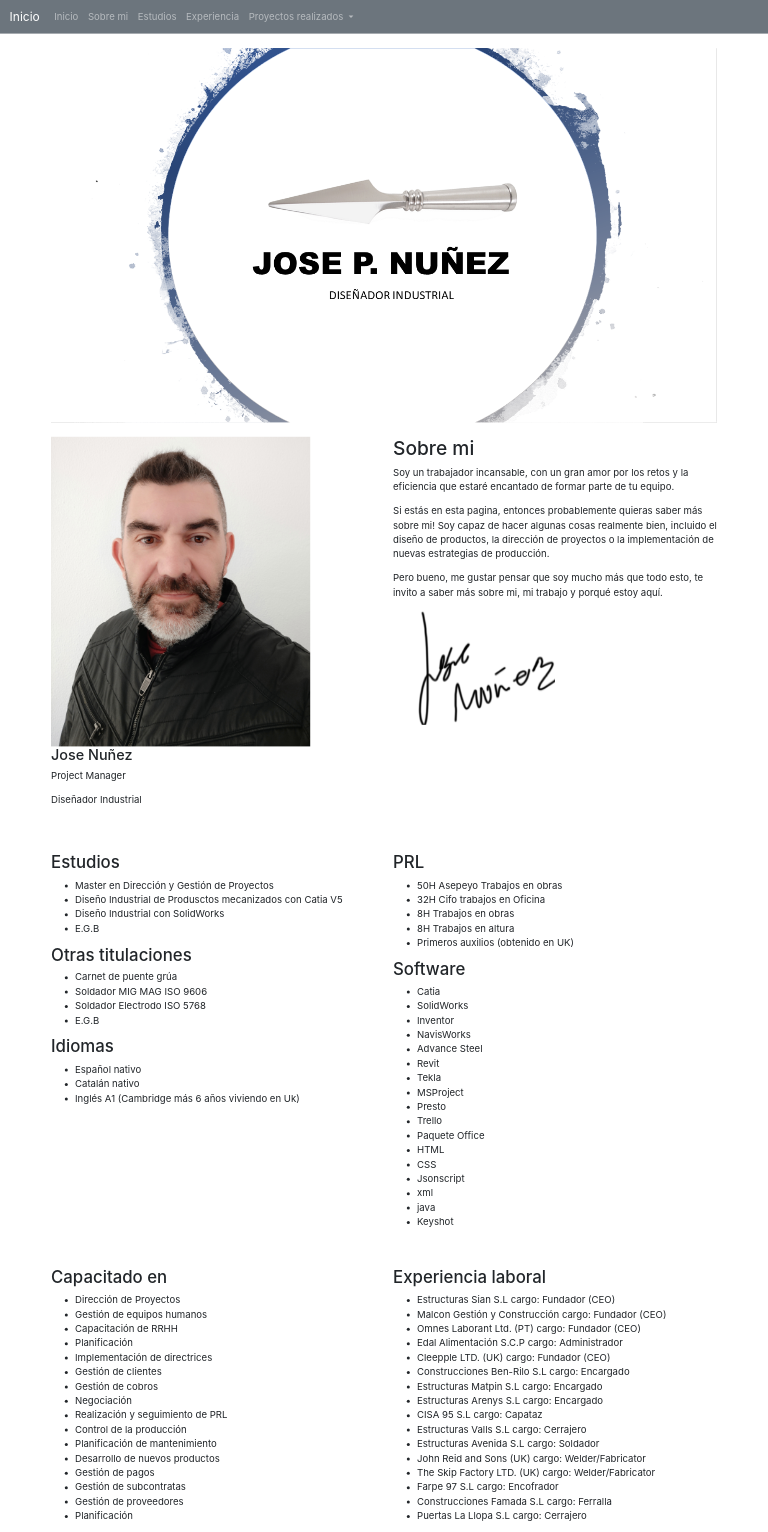
Repository: Hrotgarion1/jose
Page: index.html
The author's editor kept a copy of each file at every save. The page is drawn from the files as they stood at one save, then again after the next save.
The browser window is 1280 px wide. The pictures show the whole page, at 60% of full size.

Above is the page before, as saved 2020-09-29 20:33:01.

### index.html
<!DOCTYPE html>
<html lang="en">
<head>
    <meta charset="UTF-8">
    <meta name="viewport" content="width=device-width, user-scalable=no, initial-scale=1.0, maximum-scale=1.0, minimum-scale=1.0">
    <title>josenunez.eu</title>
    <meta name="jose p nunez" content="">
    <link rel="stylesheet" href="css/bootstrap.min.css">
    <!-- Favicon -->
    <link rel="shortcut icon" href="img/LogoPuntaDeLanza.png">
</head>
<body>
    <!--Navegador responsive de la web-->
    <nav class="navbar navbar-expand-lg navbar-dark bg-secondary">
        <a class="navbar-brand" href="../jose/index.html">Inicio</a>
        <button class="navbar-toggler" type="button" data-toggle="collapse" data-target="#navbarNavDropdown" aria-controls="navbarNavDropdown" aria-expanded="false" aria-label="Toggle navigation">
          <span class="navbar-toggler-icon"></span>
        </button>

        <div class="collapse navbar-collapse" id="navbarNavDropdown">
          <ul class="navbar-nav">
            <li class="nav-item">
              <a class="nav-link" href="#inicio">Inicio <span class="sr-only">(current)</span></a>
            </li>
            <li class="nav-item">
              <a class="nav-link" href="#sobre">Sobre mi <span class="sr-only">(current)</span></a>
            </li>
            <li class="nav-item">
              <a class="nav-link" href="#cv">Estudios</a>
            </li>
            <li class="nav-item">
              <a class="nav-link" href="#exp">Experiencia</a>
            </li>
            <li class="nav-item dropdown">
              <a class="nav-link dropdown-toggle" href="#" id="navbarDropdownMenuLink" role="button" data-toggle="dropdown" aria-haspopup="true" aria-expanded="false">
                Proyectos realizados
              </a>
              <div class="dropdown-menu" aria-labelledby="navbarDropdownMenuLink">
                <a class="dropdown-item" href="../jose/solid.html">Diseños con SolidWorks</a>
                <a class="dropdown-item" href="../jose/catia.html">Diseños con Catia V5</a>
                <a class="dropdown-item" href="../jose/projects.html">Proyectos realizados</a>
                <a class="dropdown-item" href="../jose/video.html">Videos</a>
              </div>
            </li>
          </ul>
        </div>
      </nav>
      <br>

      <!--Imagen principal-->
      <div class="container">
        <section id="inicio">
          <div class="row">
            <div class="col-xs-12 col-sm-12 col-md-12 col-lg-12">
              <img src="img/LogoPuntaDeLanza.png" width="100%" height="100%">
            </div>
          </div>
        </section>
        <br>

        <!--Seccion en la que me presento-->

        <section class="main row" id="sobre">
          <article class="col-xs-12 col-sm-6 col-md-6 col-lg-6">
              <img src="img/Jose1peque.png" width="80%" height="80%">
              <br>
              <h4 class="t-name">Jose Nuñez</h4>
              <p><span class="t-role">Project Manager</span></p>
              <p><span class="t-role">Diseñador Industrial</span></p>

          </article>
          <br>

         <aside class="col-xs-12 col-sm-6 col-md-6 col-lg-6">
          <h2 class="t1-heading">Sobre mi</h2>
                <p>Soy un trabajador incansable, con un gran amor por los retos y la eficiencia que estaré encantado de formar parte de tu equipo.</p>
                <p>Si estás en esta pagina, entonces probablemente quieras saber más sobre mi! Soy capaz de hacer algunas cosas realmente bien, incluido el diseño de productos, la dirección de proyectos o la implementación de nuevas estrategias de producción.</p>
                <p>Pero bueno, me gustar pensar que soy mucho más que todo esto, te invito a saber más sobre mi, mi trabajo y porqué estoy aquí.</p>
                <img src="img/firmajose.png" width="50%" height="30%"alt="J.Nuñez">
       </aside>
        </section>
        <br><br>

        <!--Seccion en la que pongo unas listas con mis capacidades y mis estudios-->

        <section class="main row" id="cv">

          <article class="col-xs-12 col-sm-6 col-md-6 col-lg-6">
              <h3>Estudios</h3>
              <ul>
                <li>Master en Dirección y Gestión de Proyectos</li>
                <li>Diseño Industrial de Produsctos mecanizados con Catia V5</li>
                <li>Diseño Industrial con SolidWorks</li>
                <li>E.G.B</li>
              </ul>
              <h3>Otras titulaciones</h3>
              <ul>
                <li>Carnet de puente grúa</li>
                <li>Soldador MIG MAG ISO 9606</li>
                <li>Soldador Electrodo ISO 5768</li>
                <li>E.G.B</li>
              </ul>
              <h3>Idiomas</h3>
              <ul>
                <li>Español nativo</li>
                <li>Catalán nativo</li>
                <li>Inglés A1 (Cambridge más 6 años viviendo en Uk)</li>
              </ul>



          </article>
          <br>

         <aside class="col-xs-12 col-sm-6 col-md-6 col-lg-6">
          <h3>PRL</h3>
              <ul>
                <li>50H Asepeyo Trabajos en obras</li>
                <li>32H Cifo trabajos en Oficina</li>
                <li>8H Trabajos en obras</li>
                <li>8H Trabajos en altura</li>
                <li>Primeros auxilios (obtenido en UK)</li>
              </ul>
              <h3>Software</h3>
              <ul>
                <li>Catia</li>
                <li>SolidWorks</li>
                <li>Inventor</li>
                <li>NavisWorks</li>
                <li>Advance Steel</li>
                <li>Revit</li>
                <li>Tekla</li>
                <li>MSProject</li>
                <li>Presto</li>
                <li>Trello</li>
                <li>Paquete Office</li>
                <li>HTML</li>
                <li>CSS</li>
                <li>Jsonscript</li>
                <li>xml</li>
                <li>java</li>
                <li>Keyshot</li>

              </ul>
       </aside>

        </section>
        <br><br>

        <!--Seccion en la que pongo unas listas con mis capacidades y mis estudios-->

        <section class="main row" id="exp">

          <article class="col-xs-12 col-sm-6 col-md-6 col-lg-6">
            <h3>Capacitado en</h3>
            <ul>
              <li>Dirección de Proyectos</li>
              <li>Gestión de equipos humanos</li>
              <li>Capacitación de RRHH</li>
              <li>Planificación</li>
              <li>Implementación de directrices</li>
              <li>Gestión de clientes</li>
              <li>Gestión de cobros</li>
              <li>Negociación</li>
              <li>Realización y seguimiento de PRL</li>
              <li>Control de la producción</li>
              <li>Planificación de mantenimiento</li>
              <li>Desarrollo de nuevos productos</li>
              <li>Gestión de pagos</li>
              <li>Gestión de subcontratas</li>
              <li>Gestión de proveedores</li>
              <li>Planificación</li>
            </ul>

          </article>
          <br>

         <aside class="col-xs-12 col-sm-6 col-md-6 col-lg-6">

              <h3>Experiencia laboral</h3>
              <ul>
                <li>Estructuras Sian S.L cargo: Fundador (CEO)</li>
                <li>Malcon Gestión y Construcción cargo: Fundador (CEO)</li>
                <li>Omnes Laborant Ltd. (PT) cargo: Fundador (CEO)</li>
                <li>Edal Alimentación S.C.P cargo: Administrador</li>
                <li>Cleepple LTD. (UK) cargo: Fundador (CEO)</li>
                <li>Construcciones Ben-Rilo S.L cargo: Encargado</li>
                <li>Estructuras Matpin S.L cargo: Encargado</li>
                <li>Estructuras Arenys S.L cargo: Encargado</li>
                <li>CISA 95 S.L cargo: Capataz</li>
                <li>Estructuras Valls S.L cargo: Cerrajero</li>
                <li>Estructuras Avenida S.L cargo: Soldador</li>
                <li>John Reid and Sons (UK) cargo: Welder/Fabricator</li>
                <li>The Skip Factory LTD. (UK) cargo: Welder/Fabricator</li>
                <li>Farpe 97 S.L cargo: Encofrador</li>
                <li>Construcciones Famada S.L cargo: Ferralla</li>
                <li>Puertas La Llopa S.L cargo: Cerrajero</li>
              </ul>
       </aside>

        </section>



      </div>



    <script src="js/jquery-3.5.1.min.js"></script>
    <script src="js/bootstrap.min.js"></script>



</body>
</html>

Loaded but not shown: css/bootstrap.min.css (library); js/jquery-3.5.1.min.js (library); js/bootstrap.min.js (library)

After the next save:
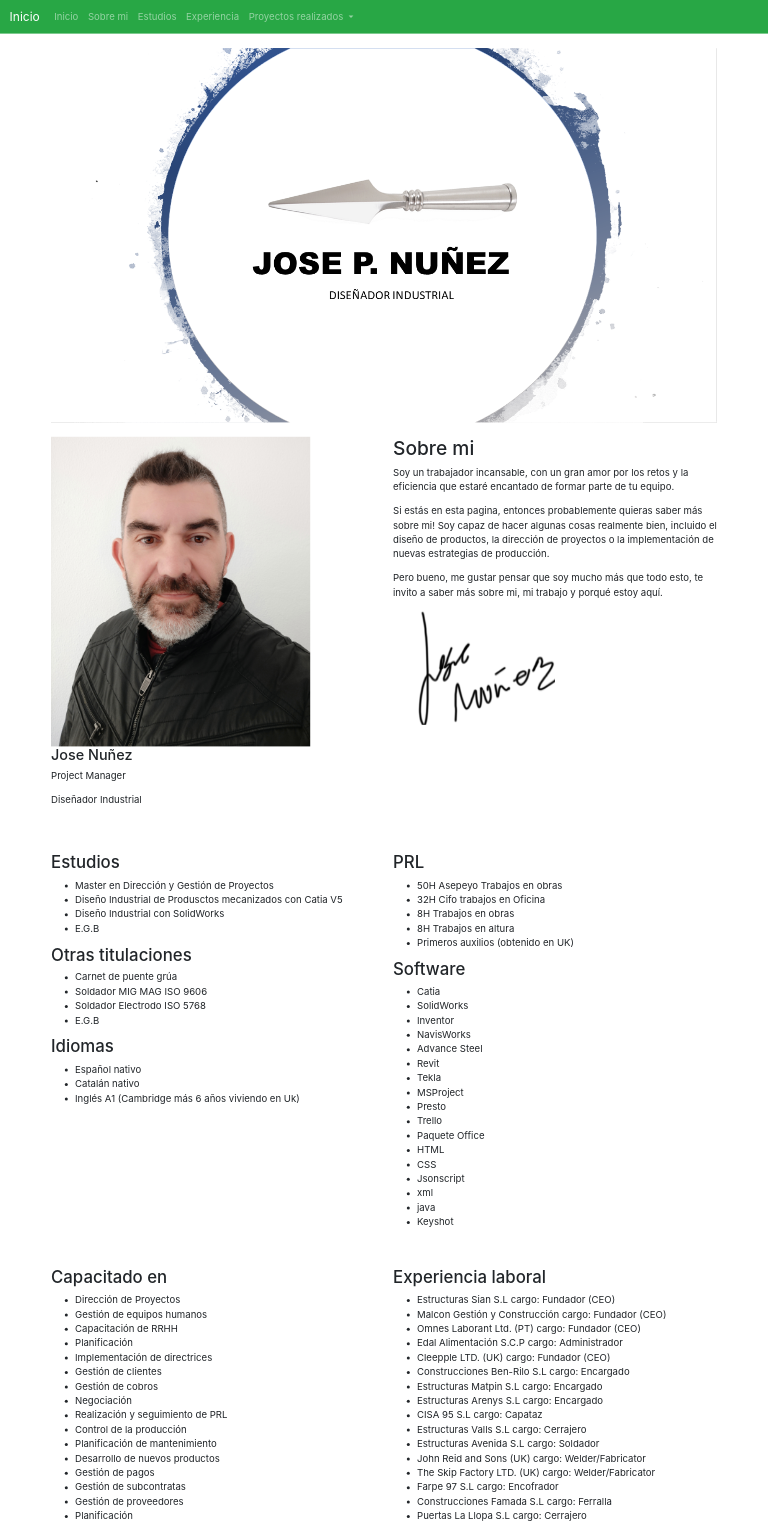
Saved 20 s later.
--- a/index.html
+++ b/index.html
@@ -11,7 +11,7 @@
 </head>
 <body>
     <!--Navegador responsive de la web-->
-    <nav class="navbar navbar-expand-lg navbar-dark bg-secondary">
+    <nav class="navbar navbar-expand-lg navbar-dark bg-success">
         <a class="navbar-brand" href="../jose/index.html">Inicio</a>
         <button class="navbar-toggler" type="button" data-toggle="collapse" data-target="#navbarNavDropdown" aria-controls="navbarNavDropdown" aria-expanded="false" aria-label="Toggle navigation">
           <span class="navbar-toggler-icon"></span>

After the save that followed:
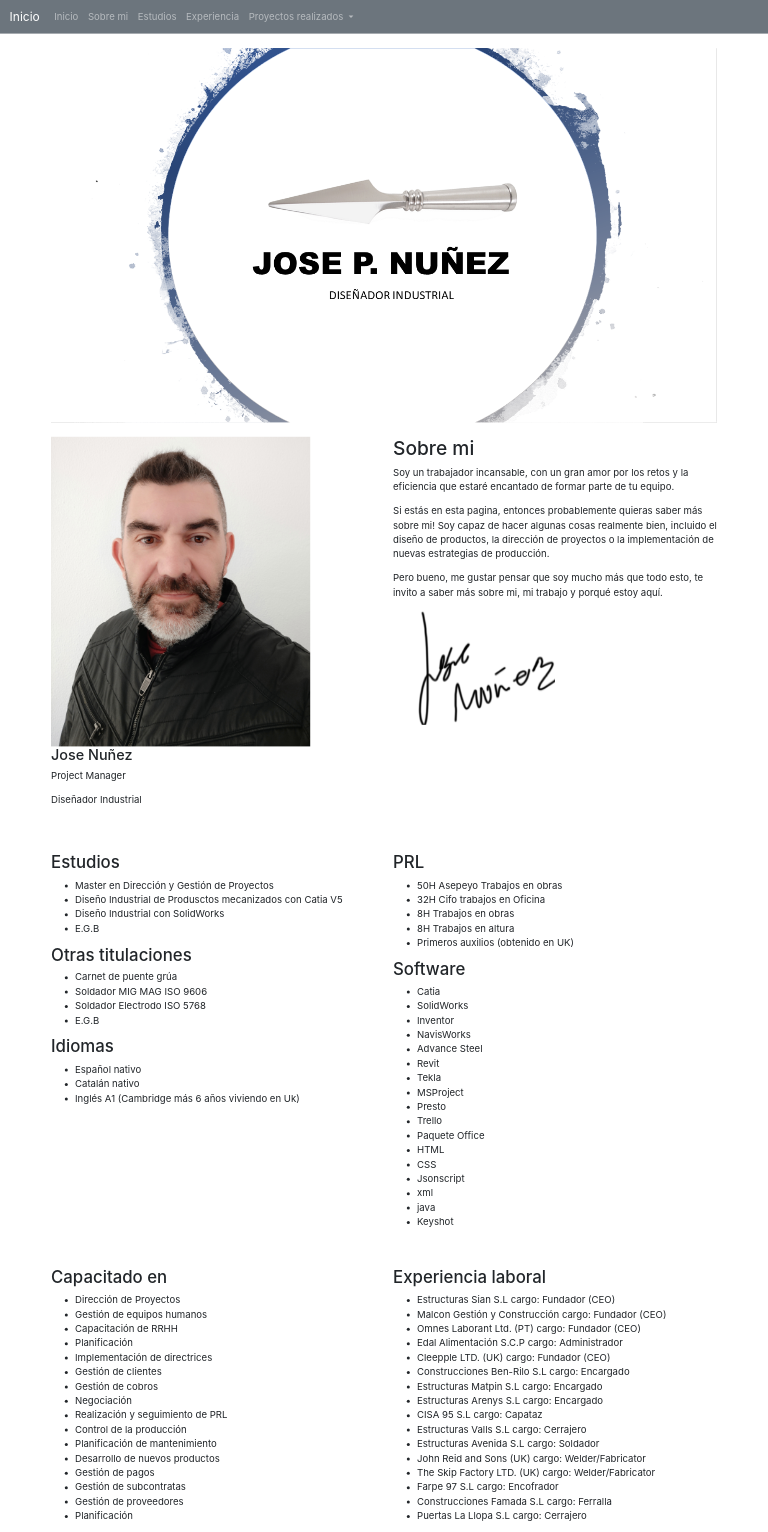
Saved 30 s later.
--- a/index.html
+++ b/index.html
@@ -11,7 +11,7 @@
 </head>
 <body>
     <!--Navegador responsive de la web-->
-    <nav class="navbar navbar-expand-lg navbar-dark bg-success">
+    <nav class="navbar navbar-expand-lg navbar-dark bg-secondary">
         <a class="navbar-brand" href="../jose/index.html">Inicio</a>
         <button class="navbar-toggler" type="button" data-toggle="collapse" data-target="#navbarNavDropdown" aria-controls="navbarNavDropdown" aria-expanded="false" aria-label="Toggle navigation">
           <span class="navbar-toggler-icon"></span>
